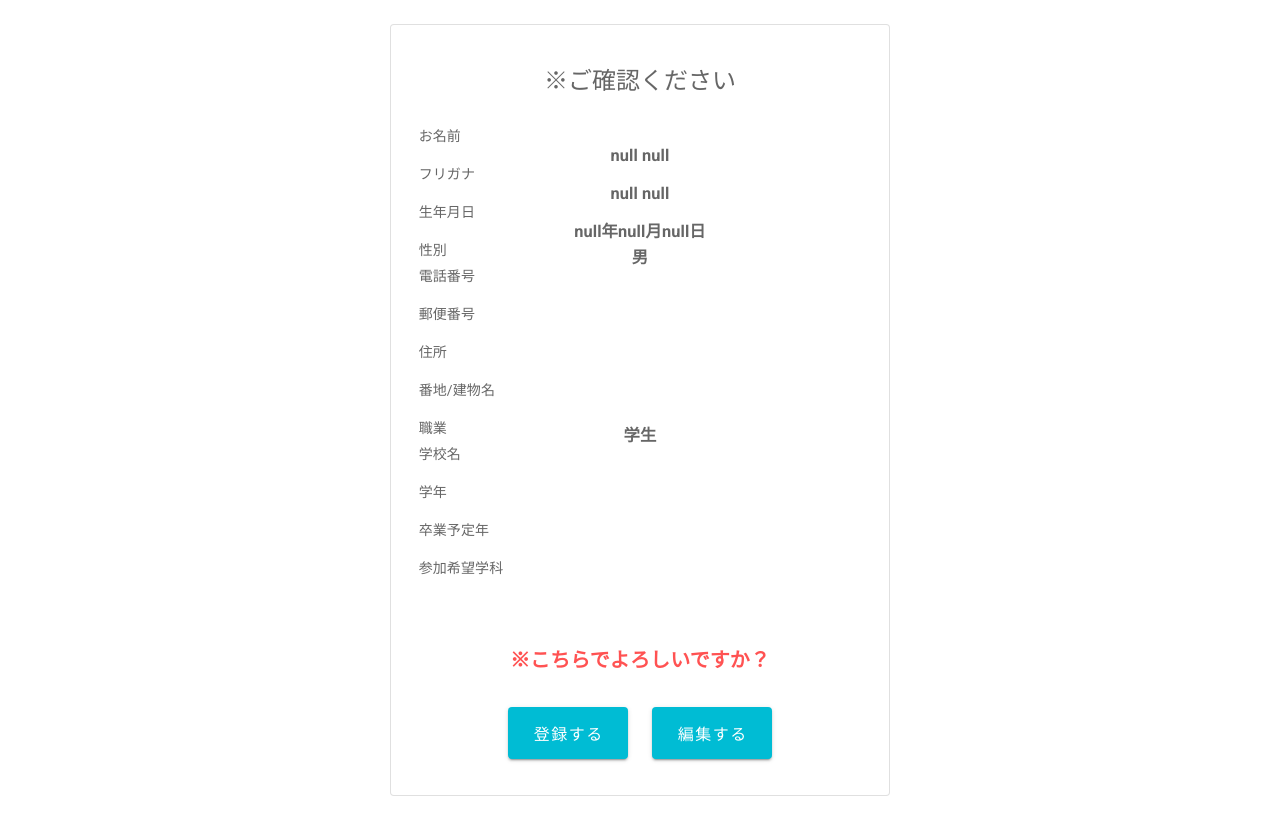
Repository: taniwhy/open-campus-system
Page: /#/register_confirmation (app in client_view/)
The author's editor kept a copy of each file at every save. The page is drawn from the files as they stood at one save, then again after the next save.
The browser window is 1280 px wide. The pictures show the whole page.
The page's requests for data from a server got no answer. The project was rebuilt for these pictures with package versions that can differ from the ones it lists, and the page was loaded fresh each time. No one was signed in, and anything a server would have sent is missing. Also part of the build but not shown: client_view/vue.config.js, client_view/src/views/Home.vue, client_view/src/views/Login.vue, client_view/src/views/Admin.vue, client_view/src/views/Base.vue, client_view/src/components/Register.vue, client_view/src/components/Reregister.vue, client_view/src/components/Reconfirmation.vue and 3 more.

Above is the page before, as saved 2019-12-07 01:53:05.

### client_view/public/index.html
<!DOCTYPE html>
<html lang="en">
  <head>
    <meta charset="utf-8">
    <meta http-equiv="X-UA-Compatible" content="IE=edge">
    <meta name="viewport" content="width=device-width,initial-scale=1.0">
    <link rel="icon" href="<%= BASE_URL %>favicon.ico">
    <title>client_view</title>
    <link rel="stylesheet" href="https://fonts.googleapis.com/css?family=Roboto:100,300,400,500,700,900">
    <link rel="stylesheet" href="https://cdn.jsdelivr.net/npm/@mdi/font@latest/css/materialdesignicons.min.css">
  </head>
  <body>
    <noscript>
      <strong>We're sorry but client_view doesn't work properly without JavaScript enabled. Please enable it to continue.</strong>
    </noscript>
    <div id="app"></div>
    <!-- built files will be auto injected -->
  </body>
</html>

### client_view/src/main.js
/**
 * 全てのページに適用されるScript
 */
import Vue from 'vue'
import App from './App.vue'
import router from './router'
import store from './store'
import vuetify from './plugins/vuetify';

Vue.config.productionTip = false;
Vue.config.devtools = true;

new Vue({
    /***
     * プラグイン設定
     */
    router,
    store,
    vuetify,
    /**
     * App配下をレンダリング
     */
    render: h => h(App)
        /**
         * /public/index.htmlのid: appにマウント
         */
}).$mount('#app')

### client_view/src/App.vue
<template>
  <v-app>
    <router-view></router-view>
  </v-app>
</template>
<script>
/**
 * 全てのページのベース
 */
export default {
  components: {},
  data: () => ({
  })
};
</script>

### client_view/src/router/index.js
import Vue from 'vue'
import VueRouter from 'vue-router'

import Home from '../views/Home.vue'
import Login from '../views/Login.vue'
import Admin from '../views/Admin.vue'
import Base from '../views/Base.vue'
import FormBase from '../views/FormBase.vue'

import Register from '../components/Register.vue'
import RegisterConfirmation from '../components/RegisterConfirmation.vue'
import Reregister from '../components/Reregister.vue'
import Reconfirmation from '../components/Reconfirmation.vue'
import Participant_register from '../components/Participant_register.vue'
import Participant_confirmation from '../components/Participant_confirmation.vue'
import AllParticipant from '../components/AllParticipant.vue'

Vue.use(VueRouter)

/**
 * ルーティングに使用するパス
 */
const routes = [{
        path: '/',
        component: Base,
        children: [{
            path: '/',
            component: Home
        }]
    },
    {
        path: '/register',
        component: FormBase,
        children: [{
                path: '/',
                component: Register
            },
            {
                path: '/register_confirmation',
                component: RegisterConfirmation
            },
            {
                path: '/re_register',
                component: Reregister
            },
            {
                path: '/re_confirmation',
                component: Reconfirmation

            },
            {
                path: '/participant_confirmation',
                component: Participant_confirmation
            },
            {
                path: '/participant_register',
                component: Participant_register
            }
        ]
    },
    {
        path: '/login',
        name: 'login',
        component: Login
    },
    {
        path: '/admin',
        name: 'admin',
        component: Admin,
        children: [{
            path: '/',
            component: AllParticipant
        }]
    },
]

/**
 * ルーター宣言
 */
const router = new VueRouter({
    /**
     * パスデータのインポート
     */
    routes,
    /**
     * 画面遷移時に画面上部に移動する
     * @param {*} savedPosition 画面一の履歴
     */
    scrollBehavior(savedPosition) {
        if (savedPosition) {
            return savedPosition
        } else {
            return {
                x: 0,
                y: 0
            }
        }
    }
})

export default router

### client_view/src/store/index.js
import Vue from 'vue'
import Vuex from 'vuex'
import axios from 'axios'
import routes from '../router/index'

Vue.use(Vuex)

axios.defaults.xsrfCookieName = 'csrftoken'
axios.defaults.xsrfHeaderName = 'X-CSRFToken'

/**
 * 全てのページで使用できる全体の状態管理
 */
export default new Vuex.Store({
    /**
     * idTokn: 認証用のトークン
     * loggedIn: ログイン状態管理
     * login_erro: 表示出力判定
     * loading: 表示出力判定
     */
    state: {
        idToken: "",
        loggedIn: false,
        login_error: false,
        loading: false
    },
    getters: {
        idToken: state => state.idToken,
        loggedIn: state => state.loggedIn,
        login_error: state => state.login_error,
        loading: state => state.loading
    },
    mutations: {
        storeIdToken(state, idToken) {
            state.idToken = idToken;
            state.loggedIn = true
        },
        remove_storeIdToken(state) {
            state.idToken = "";
            state.loggedIn = false
        },
        login_success(state) {
            state.login_error = false
        },
        login_error(state) {
            state.login_error = true
        },
        loading_on(state) {
            state.loading = true
        },
        loading_off(state) {
            state.loading = false
        }
    },
    actions: {
        /**
         * ログイン処理
         * @param {Object} auth 認証に使用するIDとPASS
         */
        login({
            commit
        }, auth) {
            commit('login_success')
            commit('loading_on')
            axios
                .post("http://127.0.0.1:8000/auth/", {
                    username: auth.username,
                    password: auth.password,
                })
                /**
                 * 正常終了処理
                 */
                .then(response => {
                    commit('storeIdToken', response.data)
                    routes.push("/admin")
                })
                /**
                 * エラー処理
                 */
                .catch(error => {
                    console.log(error.response);
                    commit('loading_off')
                    commit('login_error')
                });
        },
        /**
         * ログアウト処理
         */
        logout({
            commit
        }) {
            commit('remove_storeIdToken')
            routes.push("/login")
        }
    }
})

### client_view/src/views/FormBase.vue
<!-- フォームのベース -->
<template>
  <div>
    <router-view v-bind:data.sync="data"></router-view>
  </div>
</template>

<script>
import axios from "axios";

export default {
  data() {
    return {
      /**
       * フォームで使用する共通データ
       * @type {Object}
       */
      data: {
        /**
         * APIリクエスト時に付与するパラメタ
         * @type {Object}
         */
        form: {
          family_name: null,
          first_name: null,
          family_name_reading: null,
          first_name_reading: null,
          birth_year: null,
          birth_month: null,
          birth_day: null,
          gender: null,
          phone_number: null,
          postal_code: null,
          street_address: null,
          address: null,
          job: null,
          school_name: "",
          school_year: "",
          graduate_year: "",
          graduate_check: false,
          graduate_qualification: false
        },
        /**
         * 性別の初期値
         * @type {Boolean}
         */
        picked: null,
        /**
         * 職業の初期値
         * @type {Boolean}
         */
        picked_job: null,
        /**
         * 既卒判定の初期値
         * @type {Boolean}
         */
        picked_guraduate_check: null,
        /**
         * 高認判定の初期値
         * @type {Boolean}
         */
        picked_graduate_qualification: null,
        /**
         * 参加希望学科
         * @type {String}
         */
        join_subject: null,
        /**
         * 学生/既卒フォーム表示判定
         * @type {Boolean}
         */
        student_check: true,
        /**
         * 誕生年のセレクトデータ
         * @type {String}}
         */
        years_list: [],
        /**
         * 誕生月のセレクトデータ
         * @type {String}}
         */
        months_list: [],
        /**
         * 誕生日のセレクトデータ
         * @type {String}}
         */
        days_list: [],
        /**
         * 学年のセレクトデータ
         * @type {String}}
         */
        school_year_list: ["1学年", "2学年", "3学年", "4学年"],
        /**
         * 卒業年のセレクトデータ
         * @type {String}}
         */
        graduate_year_list: ["2020年", "2021年", "2022年", "2023年"],
        /**
         * 参加希望学科のセレクトデータ
         * @type {String}}
         */
        subject_list: []
      }
    };
  },
  mounted: function() {
    this.create_birth();
    axios
      .get("http://127.0.0.1:8000/api/subject/")
      .then(response => this.subject_push(response.data));
  },
  methods: {
    create_birth: function() {
      for (var y = 2019; y >= 1900; y--) {
        this.data.years_list.push(y);
      }
      for (var m = 1; m < 13; m++) {
        this.data.months_list.push(m);
      }
      for (var d = 1; d < 32; d++) {
        this.data.days_list.push(d);
      }
    },
    subject_push: function(response) {
      for (var key in response) {
        this.data.subject_list.push(response[key].subject_name);
      }
    }
  }
};
</script>

### client_view/src/components/RegisterConfirmation.vue
<template>
  <v-app>
    <v-content>
      <br />
      <!-- フォーム用カード -->
      <v-card class="mx-auto" width="500px" max-width="90%" outlined>
        <v-card-text>
          <v-col align="center" justify="center">
            <v-list-item-content>
              <v-list-item-title class="headline mb-1">※ご確認ください</v-list-item-title>
            </v-list-item-content>
          </v-col>

          <!-- カード配置用コンテナ -->
          <v-container style="width: 95%;" fluid>
            <v-row style="height: 20px;">
              <p style="text-align: left;">お名前</p>
            </v-row>
            <v-row style="height: 20px;" justify="center">
              <h3 style="text-align: left;">{{data.form.family_name + " " +data.form.first_name}}</h3>
            </v-row>
            <br />
            <!-- フリガナフォーム -->
            <v-row style="height: 20px;">
              <p style="text-align: left;">フリガナ</p>
            </v-row>
            <v-row style="height: 20px;" justify="center">
              <h3
                style="text-align: left;"
              >{{data.form.family_name_reading + " " + data.form.first_name_reading}}</h3>
            </v-row>
            <br />

            <!-- 生年月日フォーム -->
            <v-row style="height: 20px;">
              <p style="text-align: left;">生年月日</p>
            </v-row>

            <v-row style="height: 20px;" justify="center">
              <h3
                style="text-align: left;"
              >{{data.form.birth_year + "年" + data.form.birth_month + "月" + data.form.birth_day + "日"}}</h3>
            </v-row>
            <br />

            <!-- 性別フォーム -->
            <v-row style="height: 20px;">
              <p style="text-align: left;">性別</p>
            </v-row>
            <div v-if="data.form.gender">
              <v-row style="height: 20px;" justify="center">
                <h3 style="text-align: left;">女</h3>
              </v-row>
              <br />
            </div>
            <div v-if="!data.form.gender">
              <v-row style="height: 20px;" justify="center">
                <h3 style="text-align: left;">男</h3>
              </v-row>
              <br />
            </div>

            <!-- 電話番号フォーム -->
            <v-row style="height: 20px;">
              <p style="text-align: left;">電話番号</p>
            </v-row>
            <v-row style="height: 20px;" justify="center">
              <h3 style="text-align: left;">{{data.form.phone_number}}</h3>
            </v-row>
            <br />

            <!-- 郵便番号フォーム -->
            <v-row style="height: 20px;">
              <p style="text-align: left;">郵便番号</p>
            </v-row>
            <v-row style="height: 20px;" justify="center">
              <h3 style="text-align: left;">{{data.form.postal_code}}</h3>
            </v-row>
            <br />

            <!-- 住所フォーム -->
            <v-row style="height: 20px;">
              <p style="text-align: left;">住所</p>
            </v-row>
            <v-row style="height: 20px;" justify="center">
              <h3 style="text-align: left;">{{data.form.street_address}}</h3>
            </v-row>
            <br />

            <!-- 番地/建物名フォーム -->
            <v-row style="height: 20px;">
              <p style="text-align: left;">番地/建物名</p>
            </v-row>
            <v-row style="height: 20px;" justify="center">
              <h3 style="text-align: left;">{{data.form.address}}</h3>
            </v-row>
            <br />

            <!-- 職業フォーム -->
            <v-row style="height: 20px;">
              <p style="text-align: left;">職業</p>
            </v-row>
            <div v-if="data.student_check">
              <v-row style="height: 20px;" justify="center">
                <h3 style="text-align: left;">学生</h3>
              </v-row>
              <br />
            </div>
            <div v-if="!data.student_check">
              <v-row style="height: 20px;" justify="center">
                <h3 style="text-align: left;">その他</h3>
              </v-row>
              <br />
            </div>

            <!-- 職業が学生なら表示 -->
            <div v-if="data.student_check">
              <v-row style="height: 20px;">
                <p style="text-align: left;">学校名</p>
              </v-row>
              <v-row style="height: 20px;" justify="center">
                <h3 style="text-align: left;">{{data.form.school_name}}</h3>
              </v-row>
              <br />

              <v-row style="height: 20px;">
                <p style="text-align: left;">学年</p>
              </v-row>
              <v-row style="height: 20px;" justify="center">
                <h3 style="text-align: left;">{{data.form.school_year}}</h3>
              </v-row>
              <br />

              <v-row style="height: 20px;">
                <p style="text-align: left;">卒業予定年</p>
              </v-row>
              <v-row style="height: 20px;" justify="center">
                <h3 style="text-align: left;">{{data.form.graduate_year}}</h3>
              </v-row>
              <br />
            </div>

            <!-- 職業がその他なら表示 -->
            <div v-if="!data.student_check">
              <v-row style="height: 20px;">
                <p style="text-align: left;">高校卒業済み</p>
              </v-row>
              <div v-if="data.form.graduate_check">
                <v-row style="height: 20px;" justify="center">
                  <h3 style="text-align: left;">はい</h3>
                </v-row>
                <br />
              </div>
              <div v-if="!data.form.graduate_check">
                <v-row style="height: 20px;" justify="center">
                  <h3 style="text-align: left;">いいえ</h3>
                </v-row>
                <br />
              </div>
              <v-row style="height: 30px;">
                <p style="text-align: left;">高等学校卒業程度認定試験取得済み</p>
              </v-row>
              <div v-if="data.form.graduate_qualification">
                <v-row style="height: 20px;" justify="center">
                  <h3 style="text-align: left;">はい</h3>
                </v-row>
                <br />
              </div>
              <div v-if="!data.form.graduate_qualification">
                <v-row style="height: 20px;" justify="center">
                  <h3 style="text-align: left;">いいえ</h3>
                </v-row>
                <br />
              </div>
            </div>

            <!-- 参加希望学科フォーム -->
            <v-row style="height: 30px;">
              <p style="text-align: left;">参加希望学科</p>
            </v-row>
            <v-row style="height: 20px;" justify="center">
              <h3 style="text-align: left;">{{data.join_subject}}</h3>
            </v-row>
            <br />
            <br />
            <br />

            <v-row align="center" justify="center">
              <div max-width="95%">
                <p style="font-size: 20px;color: #FF5252; font-weight: 600;">※こちらでよろしいですか？</p>
              </div>
              <v-card-actions>
                <v-col>
                  <v-btn
                    class="white--text"
                    x-large
                    app
                    color="cyan"
                    dark
                    width="120px"
                    v-on:click="form_post"
                    @click="overlay = true"
                  >登録する</v-btn>
                </v-col>
                <v-col>
                  <v-btn
                    class="white--text"
                    x-large
                    app
                    color="cyan"
                    dark
                    width="120px"
                    v-on:click="$router.back()"
                  >編集する</v-btn>
                </v-col>
              </v-card-actions>
            </v-row>
            <!-- 登録ボタン -->
          </v-container>
        </v-card-text>
      </v-card>
      <div class="text-center">
        <v-overlay :value="overlay" color="grey darken-4">
          <div v-if="loading">
            <v-progress-circular :size="50" color="light-blue lighten-3" indeterminate></v-progress-circular>
          </div>
          <div v-if="succeeded_register">
            <h2>登録完了しました!</h2>
            <v-btn x-large flat to="/" class="ma-2" app color="cyan" dark width="120px">OK</v-btn>
          </div>
          <div v-if="failed_register">
            <h2>登録が成功しませんでした。</h2>
            <h2>もう一度最初からお願いします。</h2>
            <v-btn x-large flat to="/" class="ma-2" app color="cyan" dark width="120px">戻る</v-btn>
          </div>
        </v-overlay>
      </div>
      <br />
    </v-content>
  </v-app>
</template>

<script>
import axios from "axios";
import settings from "..//local_settings.json";

export default {
  props: {
    /**
     * バインディングデータ
     */
    data: Object
  },
  data() {
    return {
      /**
       * ヘッダーに付与する認証情報
       * @type {json}
       */
      settings: settings,
      /**
       * POST送信時に付与するパラメタ
       * @type {json}
       */
      form: {},
      /**
       * POST送信時のフォームに付与する生年月日フィールド
       * @type {String}
       */
      birthday: null,
      /**
       * POST送信時のローディング用オーバーレイ表示判定
       * @type {Boolean}
       */
      overlay: false,
      /**
       * ローディングアニメーション表示判定
       * @type {Boolean}
       */
      loading: true,
      /**
       * 登録成功表示判定
       * @type {Boolean}
       */
      succeeded_register: false,
      /**
       * 登録失敗表示判定
       * @type {Boolean}
       */
      failed_register: false
    };
  },
  methods: {
    /**
     * POST送信時に付与するパラメタのフォーマット
     */
    form_format() {
      this.birthday =
        this.data.form.birth_year +
        "-" +
        this.data.form.birth_month +
        "-" +
        this.data.form.birth_day;
      this.form = {
        family_name: this.data.form.family_name,
        first_name: this.data.form.first_name,
        family_name_reading: this.data.form.family_name_reading,
        first_name_reading: this.data.form.first_name_reading,
        birthday: this.birthday,
        gender: this.data.form.gender,
        phone_number: this.data.form.phone_number,
        postal_code: this.data.form.postal_code,
        street_address: this.data.form.street_address,
        address: this.data.form.address,
        job: this.data.form.job,
        school_name: this.data.form.school_name,
        school_year: this.data.form.school_year,
        graduate_year: this.data.form.graduate_year,
        graduated_check: this.data.form.graduate_check,
        graduate_qualification: this.data.form.graduate_qualification
      };
    },
    /**
     * 参加者情報のbhgbbbbbbbbb５６ＭＭＭＭＭPOST送信
     */
    form_post() {
      this.form_format();
      console.log(this.form);
      axios
        .post("http://127.0.0.1:8000/api/participant/", this.form, {
          auth: { username: settings["name"], password: settings["pass"] }
        })
        .then(response => this.succeeded_registerd(response))
        .catch(error => {
          this.failed_register(error);
        });
    },
    succeeded_registerd(response) {
      console.log(response);
      this.loading = false;
      this.succeeded_register = true;
    },
    create_error(response) {
      console.log(response);
      this.loading = false;
      this.failed_register = true;
    }
  }
};
</script>

### client_view/src/local_settings.json
{
    "name": "admin",
    "pass": "hunter628"
}

Loaded but not shown: client_view/src/plugins/vuetify.js (common file)

After the next save:
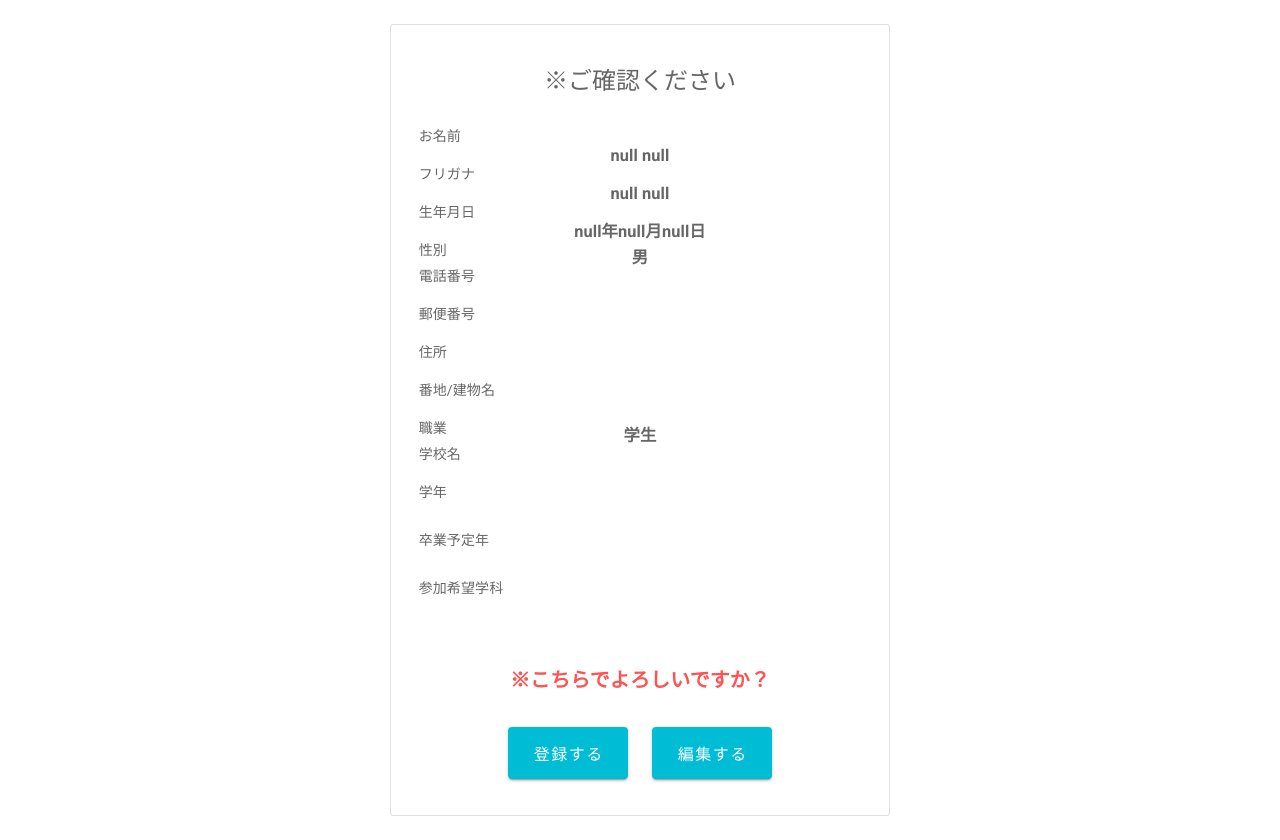
Saved 14 s later.
--- a/client_view/src/components/RegisterConfirmation.vue
+++ b/client_view/src/components/RegisterConfirmation.vue
@@ -123,7 +123,7 @@
               </v-row>
               <br />
 
-              <v-row style="height: 20px;">
+              <v-row style="height: 30px;">
                 <p style="text-align: left;">学年</p>
               </v-row>
               <v-row style="height: 20px;" justify="center">
@@ -131,7 +131,7 @@
               </v-row>
               <br />
 
-              <v-row style="height: 20px;">
+              <v-row style="height: 30px;">
                 <p style="text-align: left;">卒業予定年</p>
               </v-row>
               <v-row style="height: 20px;" justify="center">
@@ -142,7 +142,7 @@
 
             <!-- 職業がその他なら表示 -->
             <div v-if="!data.student_check">
-              <v-row style="height: 20px;">
+              <v-row style="height: 30px;">
                 <p style="text-align: left;">高校卒業済み</p>
               </v-row>
               <div v-if="data.form.graduate_check">
